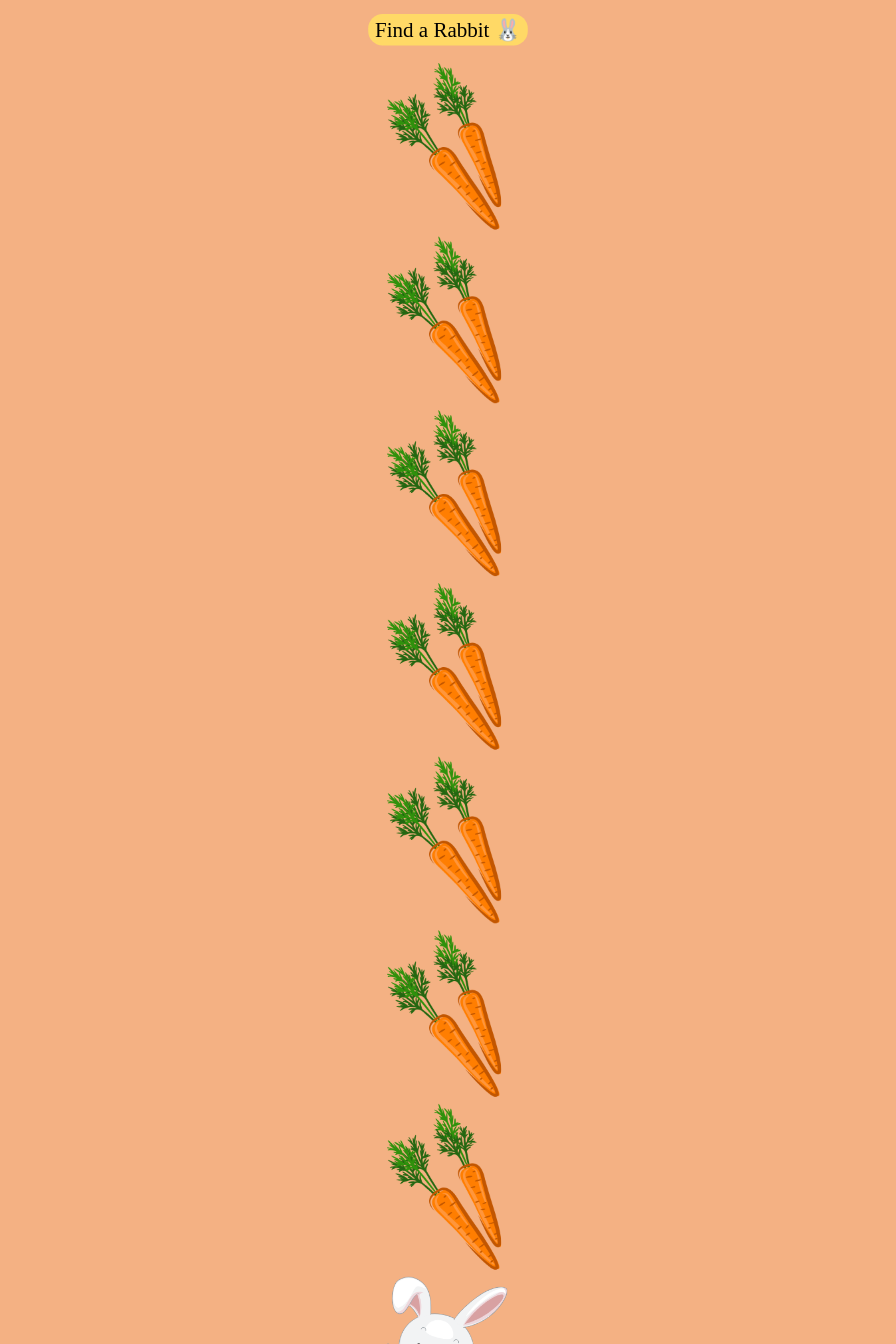
Repository: sephinejo/frontend-browser-101
Page: browser/practice-find-rabbit/index.html
The author's editor kept a copy of each file at every save. The page is drawn from the files as they stood at one save, then again after a run of saves.
The browser window is 1280 px wide. The pictures show the part of the page from y = 0 to 1920 px (the page is 3026 px tall before and 3036 px after), at 70% of full size.
Some web fonts or font styles are not loaded; a fallback is used.

Above is the page before, as saved 2023-05-10 21:17:26.

After the next 2 saves:
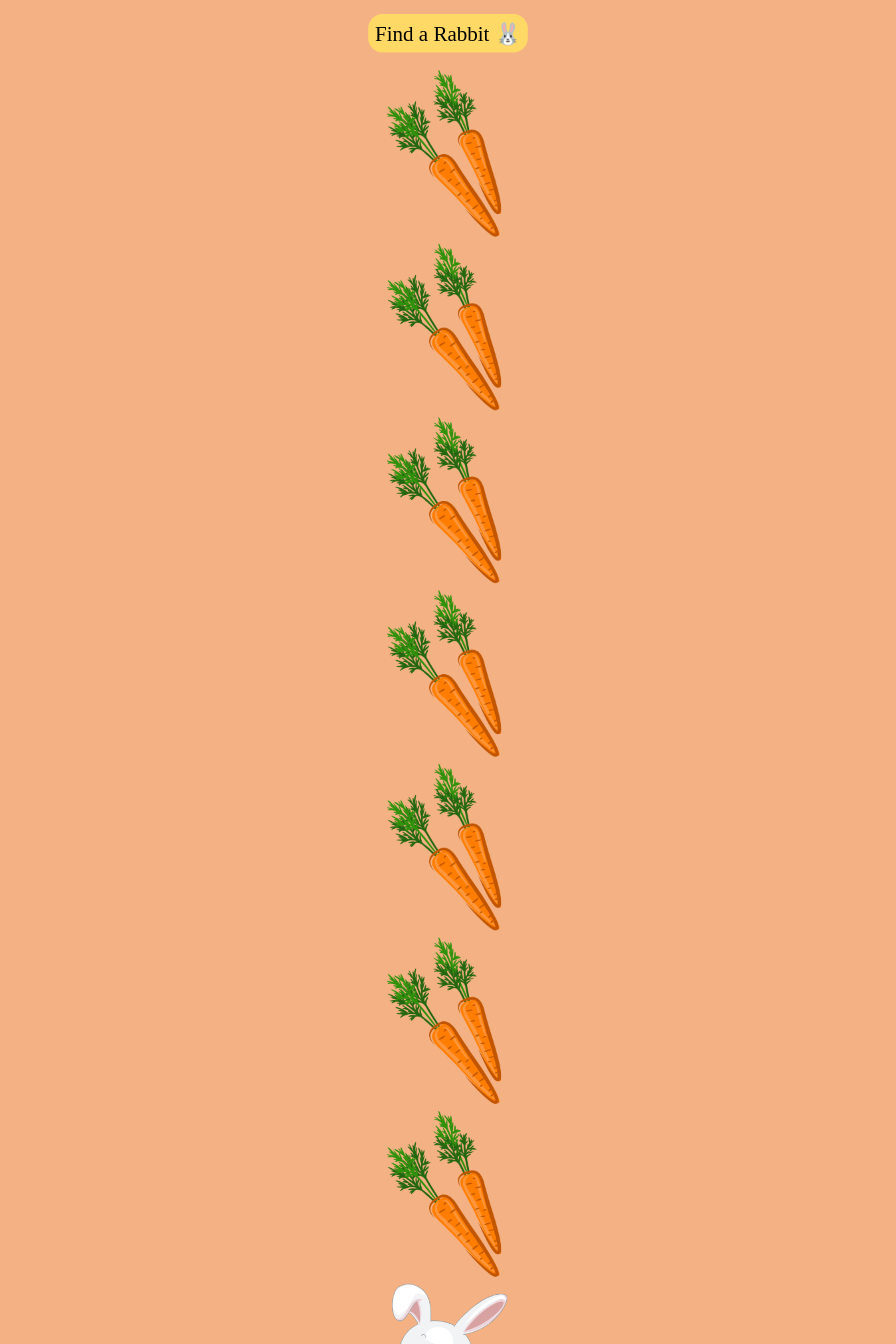
The 2 saves are shown as one change because they came seconds apart.
The last was saved 7 s later.
--- a/browser/practice-find-rabbit/index.html
+++ b/browser/practice-find-rabbit/index.html
@@ -23,7 +23,7 @@
         border-style: none;
         border-radius: 1.3rem;
         margin: 20px 0;
-        padding: 5px 10px;
+        padding: 10px 10px;
         background-color: #ffd966;
         font-size: 30px;
         font-family: Alice;
